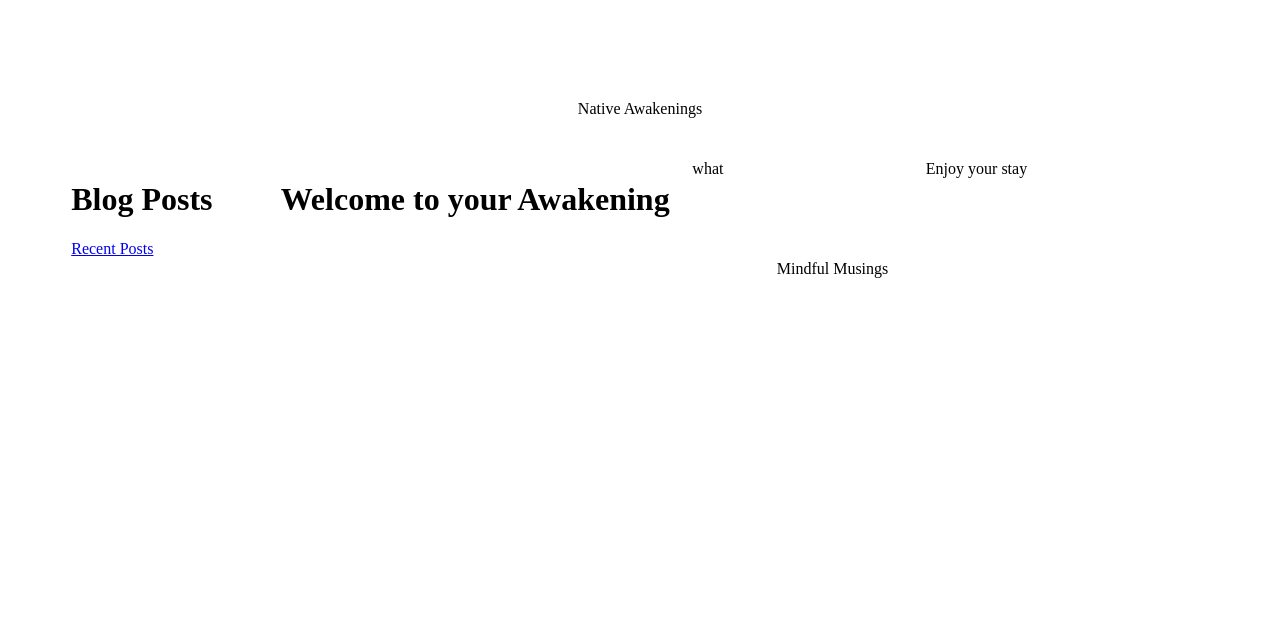
Repository: Gregg-Hendrix/blog-project
Page: index.html
These files come from the project's save history. The page is drawn as it stood at one moment and after a run of saves; the edit follows.
The browser window is 1280 px wide. The pictures show the whole page.

Above is the page before, as saved 2021-03-15 13:55:14.

After the next 2 saves:
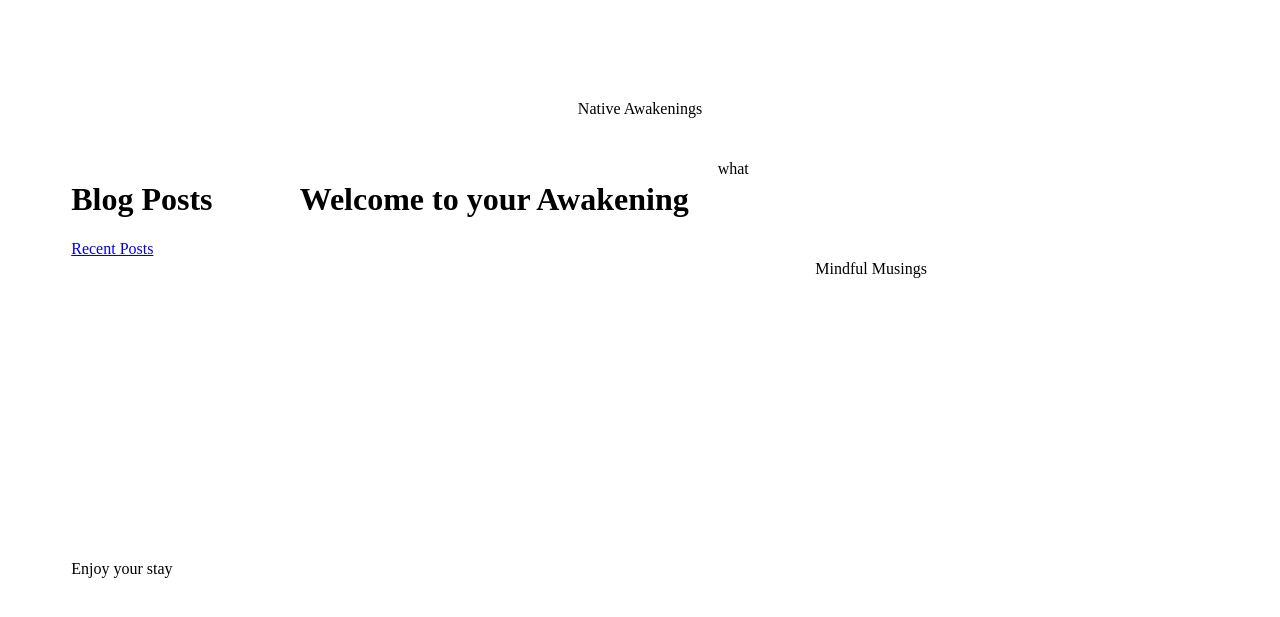
The 2 saves are shown as one change because they came seconds apart.
The last was saved 6 s later.
--- a/index.html
+++ b/index.html
@@ -15,7 +15,7 @@
             <nav>what</nav>
             <article class="container">Mindful Musings</article>
             <sidebar class="sidebar"><h1>Blog Posts</h1><a href="meditation.html">Recent Posts</a></sidebar>
-            <footer c>Enjoy your stay</footer>
+            <footer class="footer">Enjoy your stay</footer>
         </div>
     </body>
 </html>
